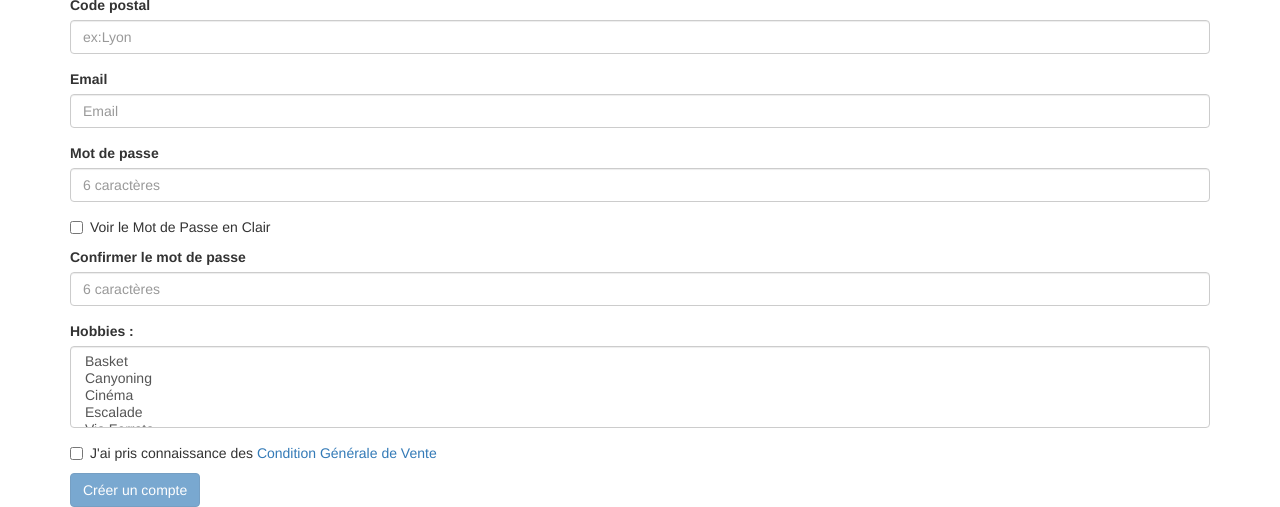
Repository: Symfomany/WildJQueryForm
Page: index.html
An editor plug-in stored every save of this project. The page is shown before and after the next save, followed by the edit.
The browser window is 1280 px wide. The pictures show the part of the page from y = 1113 to 1812 px (the page is 1620 px tall before and 1812 px after).
A picture or video elsewhere on the page could not be fetched, so the positions and the page height are approximate.

Above is the page before, as saved 2017-03-06 07:16:48.

### index.html
<!DOCTYPE html>
<html lang="en">

<head>
    <title></title>
    <meta charset="UTF-8">
    <meta name="viewport" content="width=device-width, initial-scale=1">
    <!-- Latest compiled and minified CSS & JS -->
    <link rel="stylesheet" media="screen" href="http://netdna.bootstrapcdn.com/bootstrap/3.3.4/css/bootstrap.min.css">

</head>

<body>

    <div class="container">

        <h3>JS Partie 2: JQuery & ES6</h3>
        <hr />


        <form action="" method="POST" role="form">
            <legend>Créer son compte</legend>

            <div class="radio">
                <label>
                    <input type="radio" name="sexe" id="homme" value="homme">
                    Homme
                </label>
                <label>
                    <input type="radio" name="sexe" id="femme" value="femme" >
                    Femme
                </label>
            </div>


            <div class="form-group">
                <label for="">Nom</label>
                <input type="text" class="form-control" id="nom" placeholder="Nom">
            </div>

            <div class="form-group">
                <label for="">Prénom</label>
                <input type="text" class="form-control" id="prenom" placeholder="Prenom">
            </div>

            <div class="form-group">
                <label for="">Age</label>
                <input type="text" class="form-control" id="age" placeholder="Age">
            </div>

            <div class="form-group">
                <label for="">Situation Sociale</label>
                <input type="radio" name="name" value="etudiant" class="etudiant">
                <label for="">Etudiant</label>

                <input type="radio" name="name" value="patron" class="patron">
                <label for="">Patron</label>

                <input type="radio" name="name" value="independant" class="independant">
                <label for="">independant</label>

                <input type="radio" name="name" value="travailleur" class="travailleur">
                <label for="">Travailleur</label>

                <input type="radio" name="name" value="autre" class="autre">
                <label for="">Autre</label>

                <input type="text" name="otherSituation" style="display:none" class="form-control" id="otherSituation">

</div>

<div class="form-group">
    <label for="">Ville</label>
    <input type="text" class="form-control" id="ville" placeholder="ex:Lyon">
</div>

<div class="form-group">
    <label for="region">Région :</label><br />
    <select class="form-control" id="region" name="region">
          <option value="default" selected>Choisissez une région</option>
          <option value="auvergne">Auvergne-Rhône-Alpes</option>
          <option value="bourgogne">Bourgogne-Franche-Comte</option>
          <option value="bretagne">Bretagne</option>
          <option value="centre">Centre-Val de Loire</option>
          <option value="corse">Corse</option>
          <option value="grand-est">Grand-Est</option>
          <option value="guadeloupe">Guadeloupe</option>
          <option value="guyane">Guyane</option>
          <option value="hauts-de-france">Hauts-de-France</option>
          <option value="ile-de-france">Île-de-France</option>
          <option value="martinique">Martinique</option>
          <option value="mayotte">Mayotte</option>
          <option value="normandie">Normandie</option>
          <option value="aquitaine">Nouvelle-Aquitaine</option>
          <option value="occitanie">Occitanie</option>
          <option value="loire">Pays de la Loire</option>
          <option value="provence">Provence-Alpes-Côte d'Azur</option>
          <option value="reunion">Réunion</option>
        </select>
</div>

<div class="form-group">
    <button class="btn btn-xs btn-success">+</button>
    <button class="btn btn-xs btn-danger">-</button>
    <label for="">Biographie</label>
    <textarea class="form-control" id="biography" placeholder="ex:Blabla..."></textarea>
    <span id="nbCars">0</span> caractères
</div>

<div class="progress">
    <div class="progress-bar" role="progressbar" aria-valuenow="60" aria-valuemin="0" aria-valuemax="100" style="width: 60%;">
<span class="sr-only">60% Complete</span>
</div>
</div>


<div class="form-group">
    <label for="">Avatar</label>
    <input type="url" class="form-control" id="avatar" placeholder="ex: http://www.facebook.com/monImage.jpg">
    <img src="http://lh5.ggpht.com/-cnS_l9G3Ujw/U9WbCIprN3I/AAAAAAABKJU/yMLKfWUZBXk/avatar-caritas-animadas-gifs-008%25255B6%25255D.gif?imgmax=800"
        alt="">
</div>

<div class="form-group">
    <label for="">Code postal</label>
    <input type="text" class="form-control" id="cp" placeholder="ex:Lyon">
</div>

<div class="form-group">
    <label for="">Email</label>
    <input type="email" class="form-control" id="email" placeholder="Email">
</div>

<div class="form-group">
    <label for="">Mot de passe</label>
    <input type="password" class="form-control" id="password" placeholder="6 caractères">
</div>

<div class="checkbox">
    <label>
                    <input type="checkbox"> Voir le Mot de Passe en Clair
                </label>
</div>

<div class="form-group">
    <label for="">Confirmer le mot de passe</label>
    <input type="password" class="form-control" id="password" placeholder="6 caractères">
</div>

<div class="form-group">
    <label class="control-label" for="hobbies">Hobbies :</label><br />
    <select class="form-control" id="hobbies" name="hobbies[]" multiple>
          <option value="basket">Basket</option>
          <option value="canyoning">Canyoning</option>
          <option value="cinema">Cinéma</option>
          <option value="escalade">Escalade</option>
          <option value="ferrata">Via Ferrata</option>
          <option value="football">Football</option>
          <option value="handball">Handball</option>
          <option value="natation">Natation</option>
          <option value="parapente">Parapente</option>
          <option value="parachute">Saut en parachute</option>
          <option value="plongee">Plongée</option>
          <option value="series">Séries TV</option>
          <option value="ski">Ski</option>
          <option value="tir">Tir à l'arc</option>
        </select>
</div>


<div class="checkbox">
    <label>
                    <input type="checkbox"> J'ai pris connaissance des <a>Condition Générale de Vente</a>
                </label>
</div>


<button disabled type="submit" class="btn btn-primary">Créer un compte</button>
</form>


</div>

<script src="http://code.jquery.com/jquery.js"></script>
<script src="http://netdna.bootstrapcdn.com/bootstrap/3.3.4/js/bootstrap.min.js"></script>

</body>

</html>

After the next save:
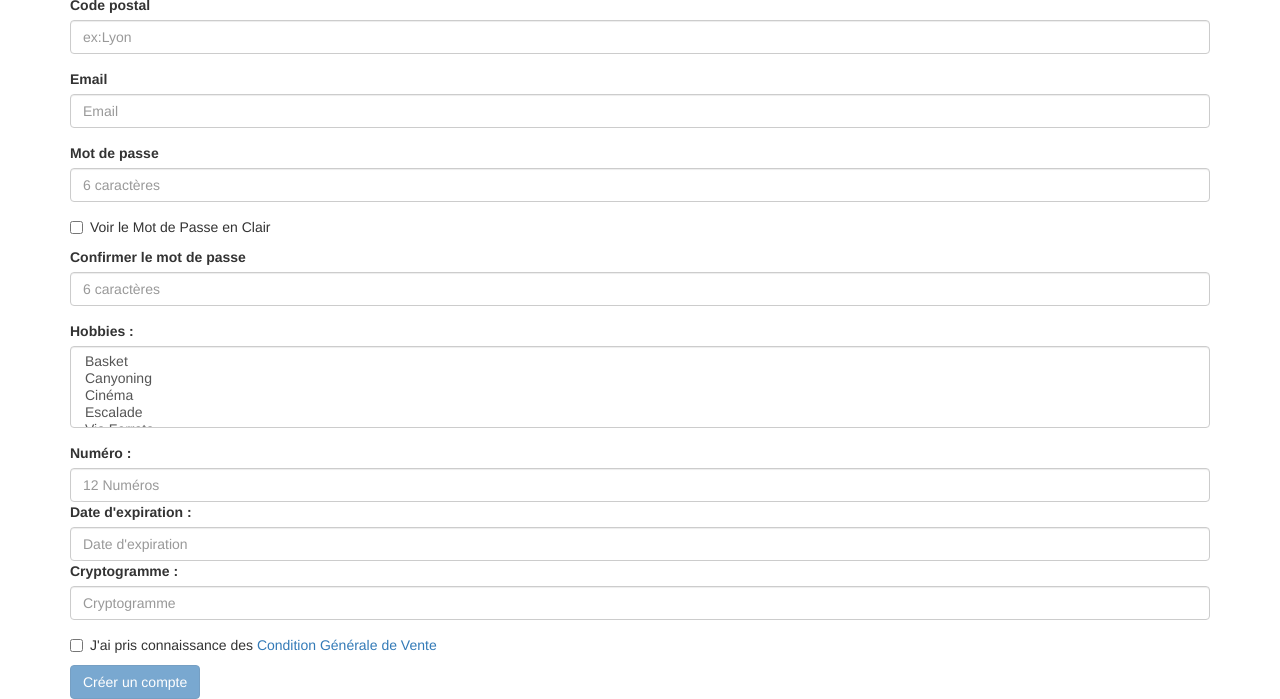
Saved 16 s later.
--- a/index.html
+++ b/index.html
@@ -168,6 +168,15 @@
 </div>
 
 
+<div class="form-group">
+    <label for="cbNumber">Numéro :</label><input type="text" name="cbNumber" class="form-control" id="cbNumber" placeholder="12 Numéros"
+    />
+    <label for="cbExpiration">Date d'expiration :</label><input type="text" name="cbExpiration" class="form-control" id="cbExpiration"
+        placeholder="Date d'expiration" />
+    <label for="cbCryptogramme">Cryptogramme :</label><input type="text" name="cbCryptogramme" class="form-control" id="cbCryptogramme"
+        placeholder="Cryptogramme" />
+</div>
+
 <div class="checkbox">
     <label>
                     <input type="checkbox"> J'ai pris connaissance des <a>Condition Générale de Vente</a>
